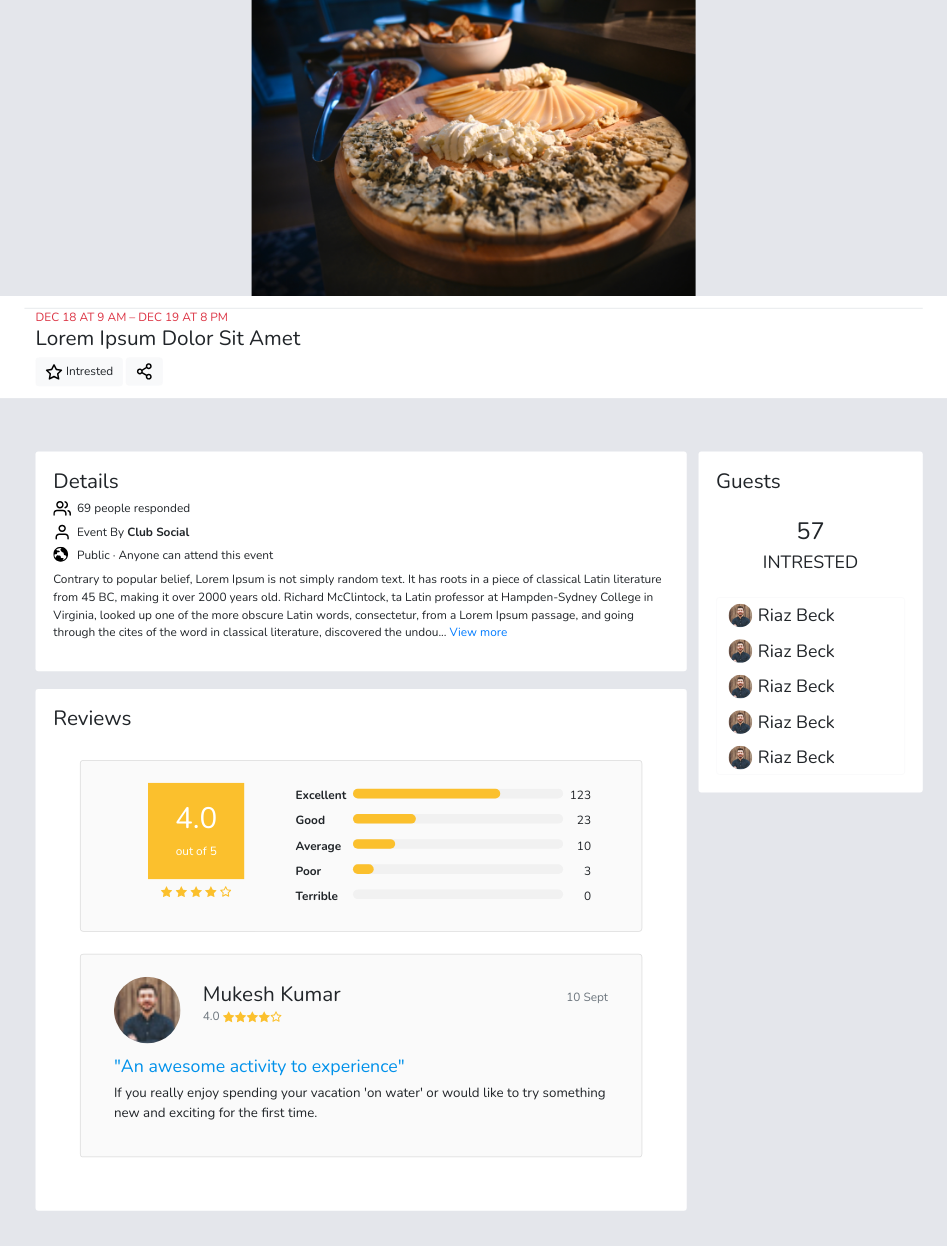
Repository: iamrachid/ensaevents
Page: event.html
These files come from the project's save history. The page is drawn as it stood at one moment and after the next save; the edit follows.
The browser window is 1280 px wide. The pictures show the whole page, at 74% of full size.

Above is the page before, as saved 2021-11-25 18:15:23.

After the next save:
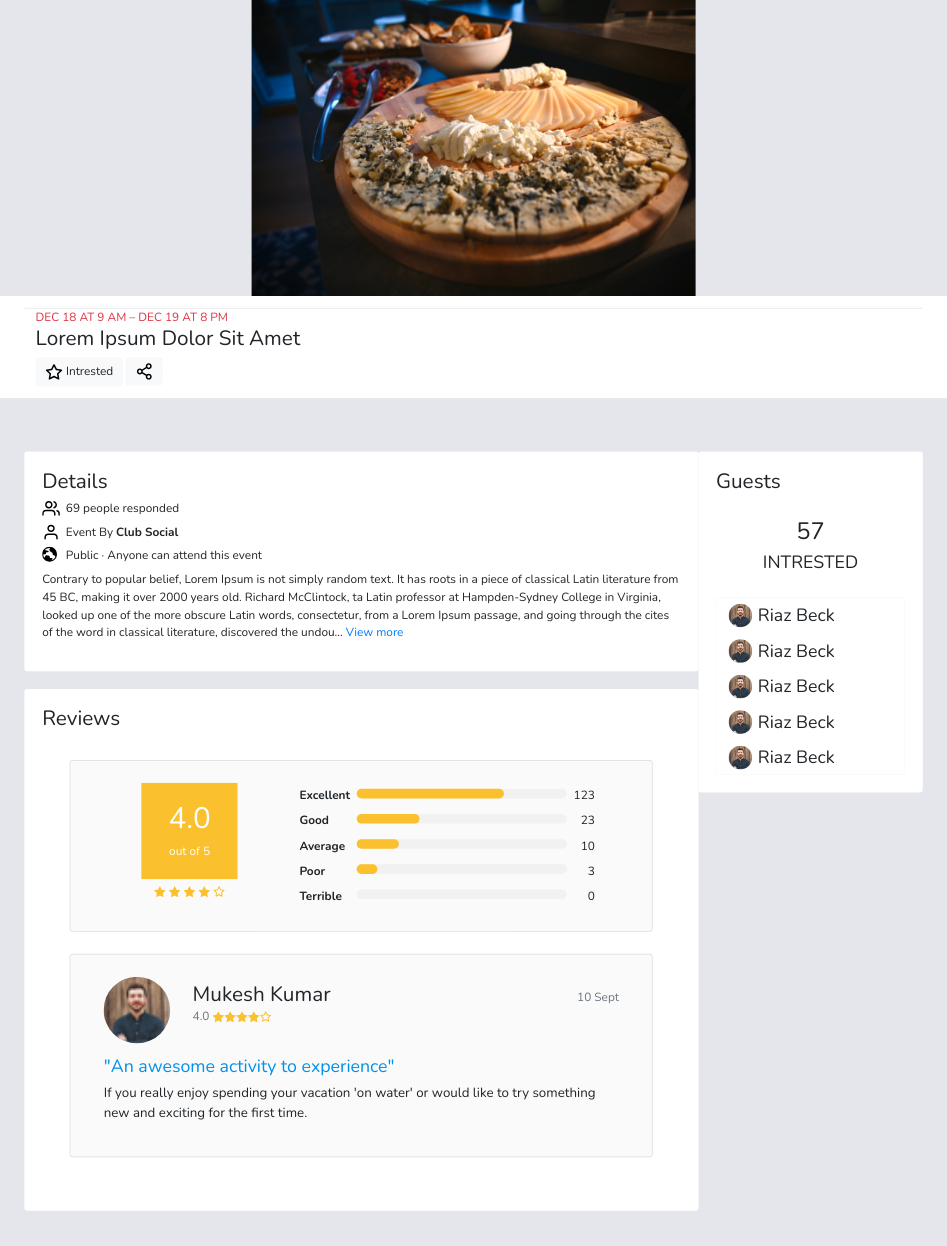
Saved 20 s later.
--- a/event.html
+++ b/event.html
@@ -43,9 +43,9 @@
         </div>
     </div>
 
-    <div class="p-md-5 p-0 bg-main px-4 px-md-0">
+    <div class="p-md-5 p-0 bg-main">
         <div class="row">
-            <div class="col-md-8 col-lg-9 pr-3 col-12">
+            <div class="col-md-8 col-lg-9 pr-3 col-12 px-4 px-md-0">
                 <div class="bg-white mt-4 p-4 rounded">
                     <h3>Details</h3>
                     <div class="d-flex">
